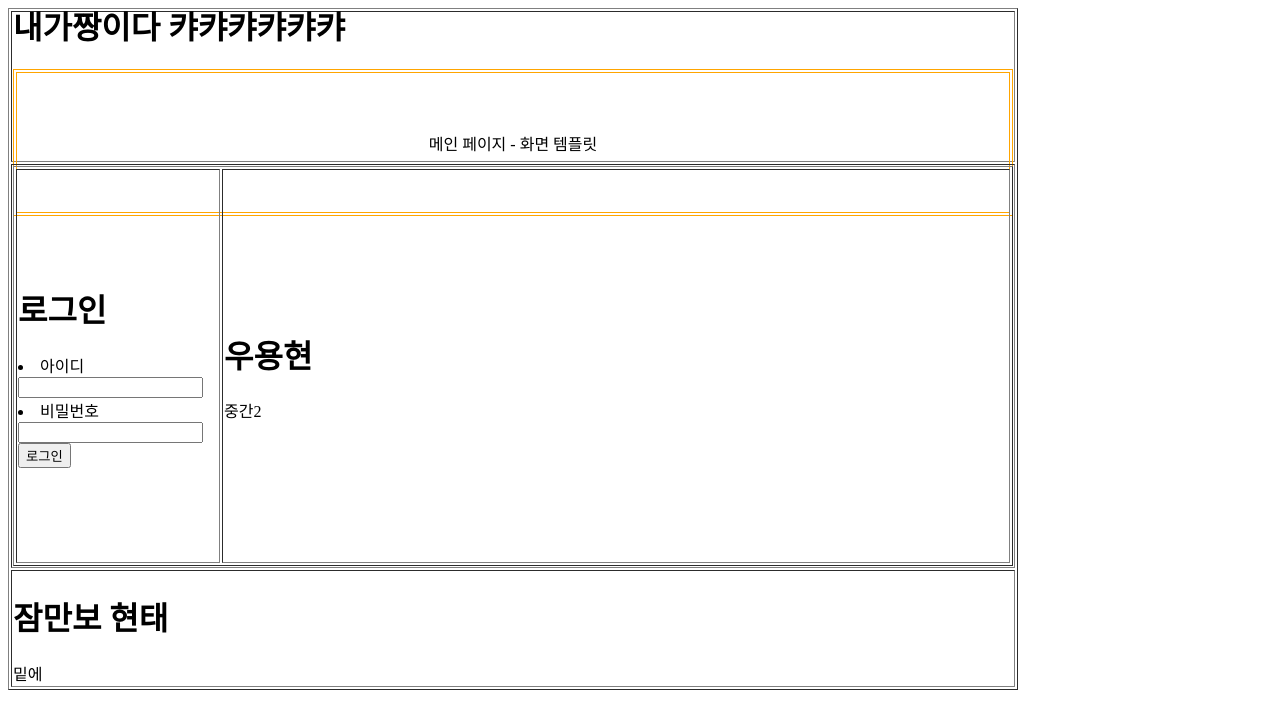
Repository: ikobean/ikoebean
Page: http://localhost/dev_jsp/ch07/index.jsp
The author's editor kept a copy of each file at every save. The page is drawn from the files as they stood at one save, then again after the next save.
The browser window is 1280 px wide. The pictures show the whole page.
The page is served by Tomcat 9. Other server files are loaded and not shown.

Above is the page before, as saved 2019-07-17 02:17:14.

### workspace_jsp/dev_jsp/WebContent/ch07/index.jsp
<%@ page language="java" contentType="text/html; charset=UTF-8"
    pageEncoding="UTF-8"%>
<!DOCTYPE html>
<html>
<head>
<meta charset="UTF-8">
<title>Insert title here</title>
</head>
<body>
<table border=1 width="1000" height="500">
<!-- top 영억 -->
	<tr>
	<td height="50" >
	탑
	<jsp:include page="top.jsp" flush="false"/></td>
	</tr>
<!-- body 영억 -->
	<tr>
		<td>
			<table border=1 width="1000" height="400">
				<tr>
<!-- menu 영억 -->
					<td width="200" >
					<jsp:include page="menu.jsp" flush="false"/>

					</td>
<!-- main 영억 -->
					<td>
					<jsp:include page="main.jsp" flush="false"/>
						중간2
					</td>
				</tr>

			</table>
		</td>
	</tr>
<!-- bottom 영억 -->
	<tr>
		<td height="50">
		<jsp:include page="bottom.jsp" flush="false"/>
		밑에
		</td>
	</tr>
</table>
</body>
</html>

### workspace_jsp/dev_jsp/WebContent/ch07/top.jsp
<%@ page language="java" contentType="text/html; charset=UTF-8"
    pageEncoding="UTF-8"%>
<!DOCTYPE html>
<html>
<head>
<meta charset="UTF-8">
<title>index.jsp페이지에 삽입되므로 title은 보이지 않음.</title>
</head>
<body>
<h1>내가짱이다 캬캬캬캬캬캬</h1>
<!-- index.jsp top영역에서 width와 height을 상수로 처리했으므로 %로 처리하면 됨. -->
<table width="100%" height="100%" borderColor="orange" border="1">
	<tr>
		<td align="center">
	메인 페이지 - 화면 템플릿
		</td>
	</tr>
</table>
</body>
</html>

### workspace_jsp/dev_jsp/WebContent/ch07/menu.jsp
<%@ page language="java" contentType="text/html; charset=UTF-8"
    pageEncoding="UTF-8"%>
<!DOCTYPE html>
<html>
<head>
<meta charset="UTF-8">
<title>Insert title here</title>
</head>
<body>
<h1>로그인</h1>

<li>아이디</li>
<input type="text">
<li>비밀번호</li>
<input type="text">
<input type='button' value="로그인" onclick=alert("암것도없지롱")>
</body>
</html>

### workspace_jsp/dev_jsp/WebContent/ch07/main.jsp
<%@ page language="java" contentType="text/html; charset=UTF-8"
    pageEncoding="UTF-8"%>
<!DOCTYPE html>
<html>
<head>
<meta charset="UTF-8">
<title>Insert title here</title>
</head>
<body>
<h1>우용현</h1>

</body>
</html>

### workspace_jsp/dev_jsp/WebContent/ch07/bottom.jsp
<%@ page language="java" contentType="text/html; charset=UTF-8"
    pageEncoding="UTF-8"%>
<!DOCTYPE html>
<html>
<head>
<meta charset="UTF-8">
<title>Insert title here</title>
</head>
<body>
<h1>잠만보 현태</h1>

</body>
</html>

After the next save:
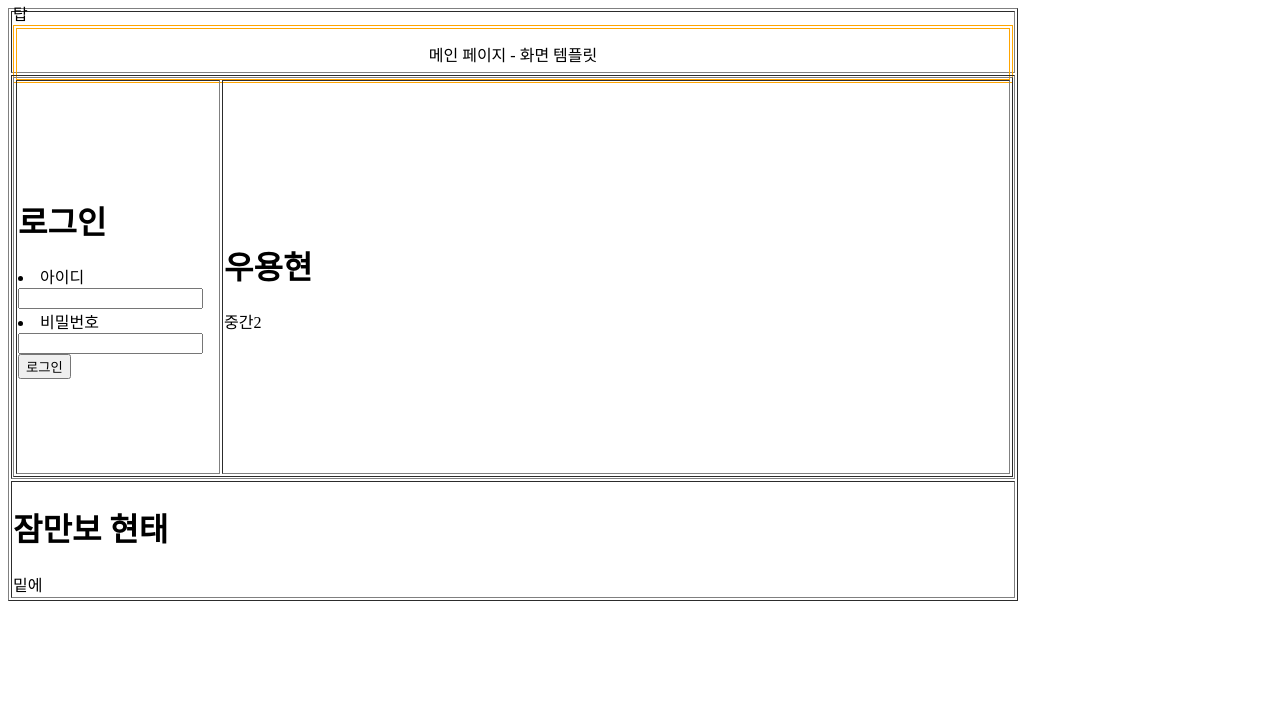
Saved 4 s later.
--- a/workspace_jsp/dev_jsp/WebContent/ch07/top.jsp
+++ b/workspace_jsp/dev_jsp/WebContent/ch07/top.jsp
@@ -7,7 +7,7 @@
 <title>index.jsp페이지에 삽입되므로 title은 보이지 않음.</title>
 </head>
 <body>
-<h1>내가짱이다 캬캬캬캬캬캬</h1>
+
 <!-- index.jsp top영역에서 width와 height을 상수로 처리했으므로 %로 처리하면 됨. -->
 <table width="100%" height="100%" borderColor="orange" border="1">
 	<tr>
